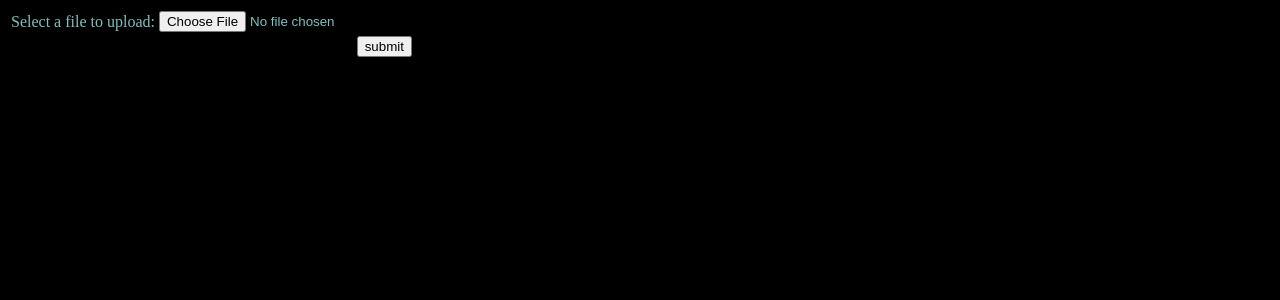
Repository: Deepa0730/SEI
Page: http://localhost/FileUploadProject/
The author's editor kept a copy of each file at every save. The page is drawn from the files as they stood at one save, then again after the next save.
The browser window is 1280 px wide. The pictures show the whole page.
The page is served by Tomcat 9. Other server files are loaded and not shown.

Above is the page before, as saved 2016-06-19 19:30:19.

### FileUploadProject/WebContent/index.jsp
<%@ page language="java" contentType="text/html; charset=ISO-8859-1"
   pageEncoding="ISO-8859-1"%>
<%@ taglib prefix="s" uri="/struts-tags"%>
<link rel="stylesheet" type="text/css" href="basic1.css">
   <!DOCTYPE html PUBLIC "-//W3C//DTD HTML 4.01 Transitional//EN"
"http://www.w3.org/TR/html4/loose.dtd">
<html>
<head>
<title>File Upload</title>
</head>
<body>
<s:if test="hasActionErrors()">
<s:actionerror/>
</s:if>
<s:if test="hasActionMessages()">
<s:actionmessage/>
</s:if>
<s:form action="UploadFile.action" namespace="/" method="post" enctype="multipart/form-data" >
<s:file label="Select a file to upload" name="upload" />
<s:submit value="submit" name="submit" />
</s:form>
</body>
</html>

### FileUploadProject/WebContent/basic1.css
body {
                 background: black;
                 color: #80c0c0 }
       a:link { color: #ff8080 }
       a:visited { color: #ff0000 }
       a:active { color: #a05050 }
       a.case1:link { background: green }
       p:first-line { margin-left: 25px }
       div.foo:first-line {
                 font-weight: bold;
                 margin-left: 30px }
       div:first-letter {
                 font-size: x-large;
                 color: #ffffff }
       ul ul li {
                 font-size: x-large;
                 font-decoration: italic }
       h2 em { font-weight: 900 }
       h2.ex1 {
                 color: green;       /* This type of heading MUST be Green and Large! */
                 line-height: 50px;
                 font-size: 40px }
       .funkyclass {
                 font: 36pt/40pt courier;
                 font-variant: small-caps;
                 border: thick dashed blue }
       #tagid1 {
                 padding: 20px;
                 border: 20px groove #ffffff }
       .class1, #tagid2 { font-family: 'comic sans ms', fantasy; color: rgb(100%,100%,0%) }
       h1, h2, div.class5, blockquote { background: #000080 }
       p.special {
                 font: 12pt/14pt sans-serif;
                 margin: 5px 0px 2px 25px;
                 border: medium dashed #ff0000;
                 background: white url(http://www.foo.com/image.gif) repeat-x fixed top right }
       blockquote {
                 margin-left: 2cm;
                 color: #00ff00 }
       .part1 {
                 font-size: xx-large;
                 color: #808000 }
       h6 {
                 font-size: xx-small ! important;
                 color: red ! important }

After the next save:
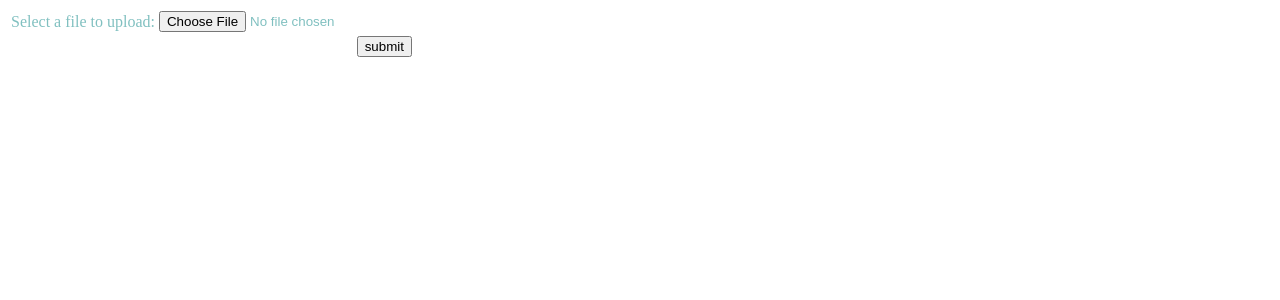
Saved 22 s later.
--- a/FileUploadProject/WebContent/basic1.css
+++ b/FileUploadProject/WebContent/basic1.css
@@ -1,5 +1,5 @@
 body {
-                 background: black;
+                 background: white;
                  color: #80c0c0 }
        a:link { color: #ff8080 }
        a:visited { color: #ff0000 }
